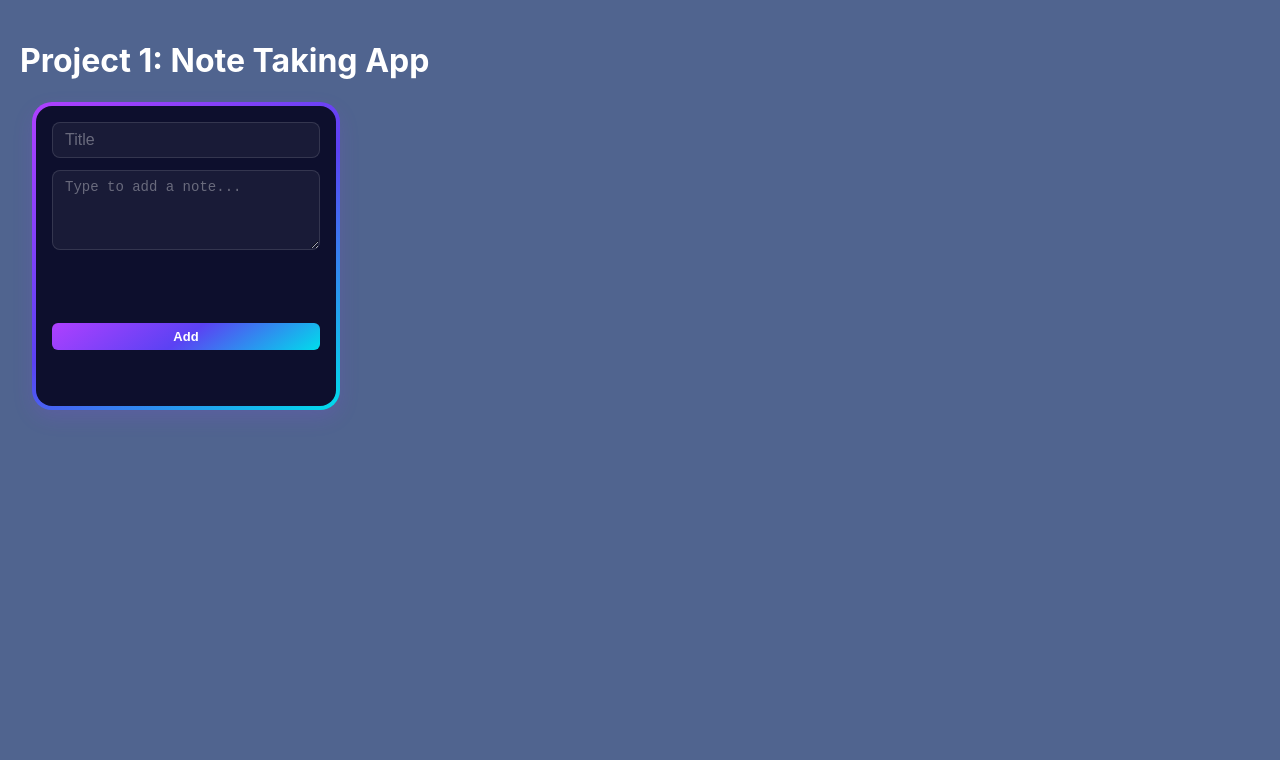
Repository: AJANI2005/Notes-App
Page: /
The author's editor kept a copy of each file at every save. The page is drawn from the files as they stood at one save, then again after a run of saves.
The browser window is 1280 px wide. The pictures show the whole page.
The project was rebuilt for these pictures with package versions that can differ from the ones it lists, and the page was loaded fresh each time. Also part of the build but not shown: vite.config.ts, src/App.css, src/style/dialogbox.css, src/DialogBox.tsx.

Above is the page before, as saved 2025-07-31 19:04:25.

After the next 2 saves:
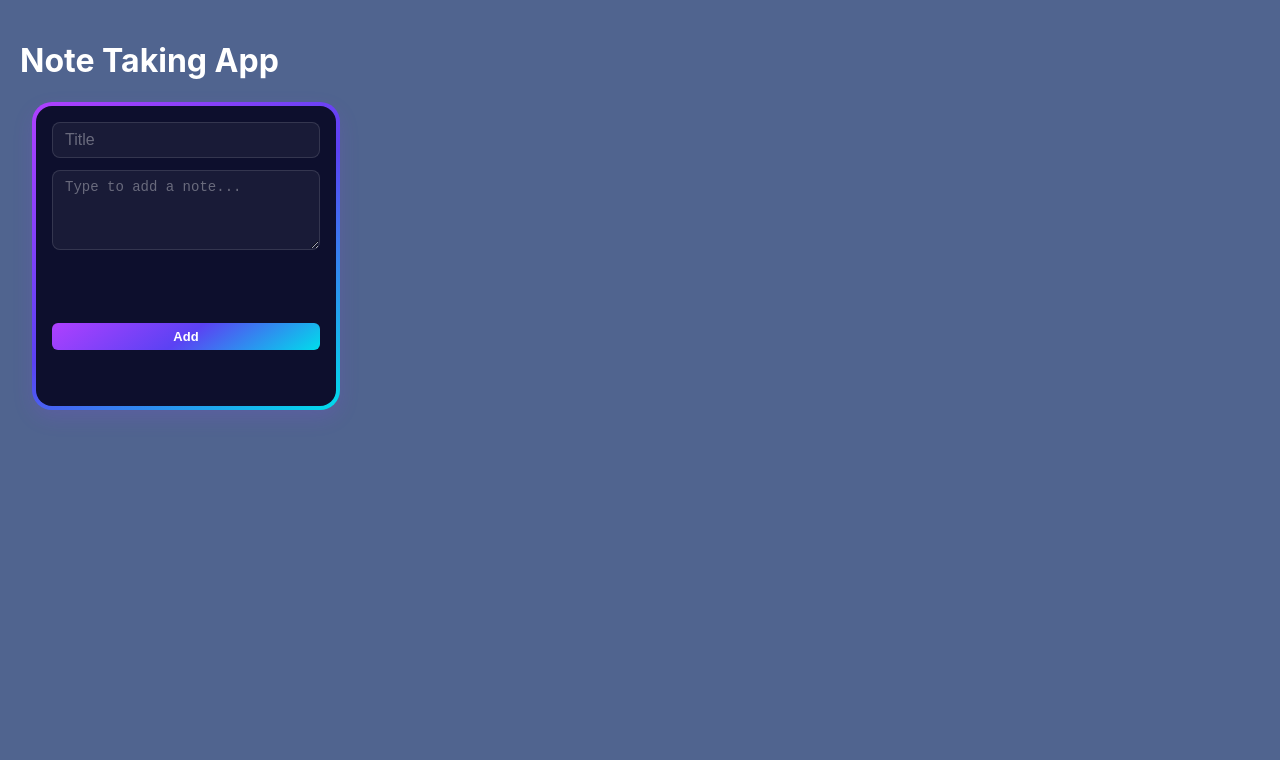
The 2 saves are shown as one change because they came seconds apart.
The last was saved 2 min 4 s later.
--- a/src/App.tsx
+++ b/src/App.tsx
@@ -116,7 +116,7 @@ function App() {
 
   return (
     <div className='app'>
-      <h1>Project 1: Note Taking App</h1>
+      <h1>Note Taking App</h1>
       <Note />
       {/* Display Notes */}
       <div className='notes-grid'>
